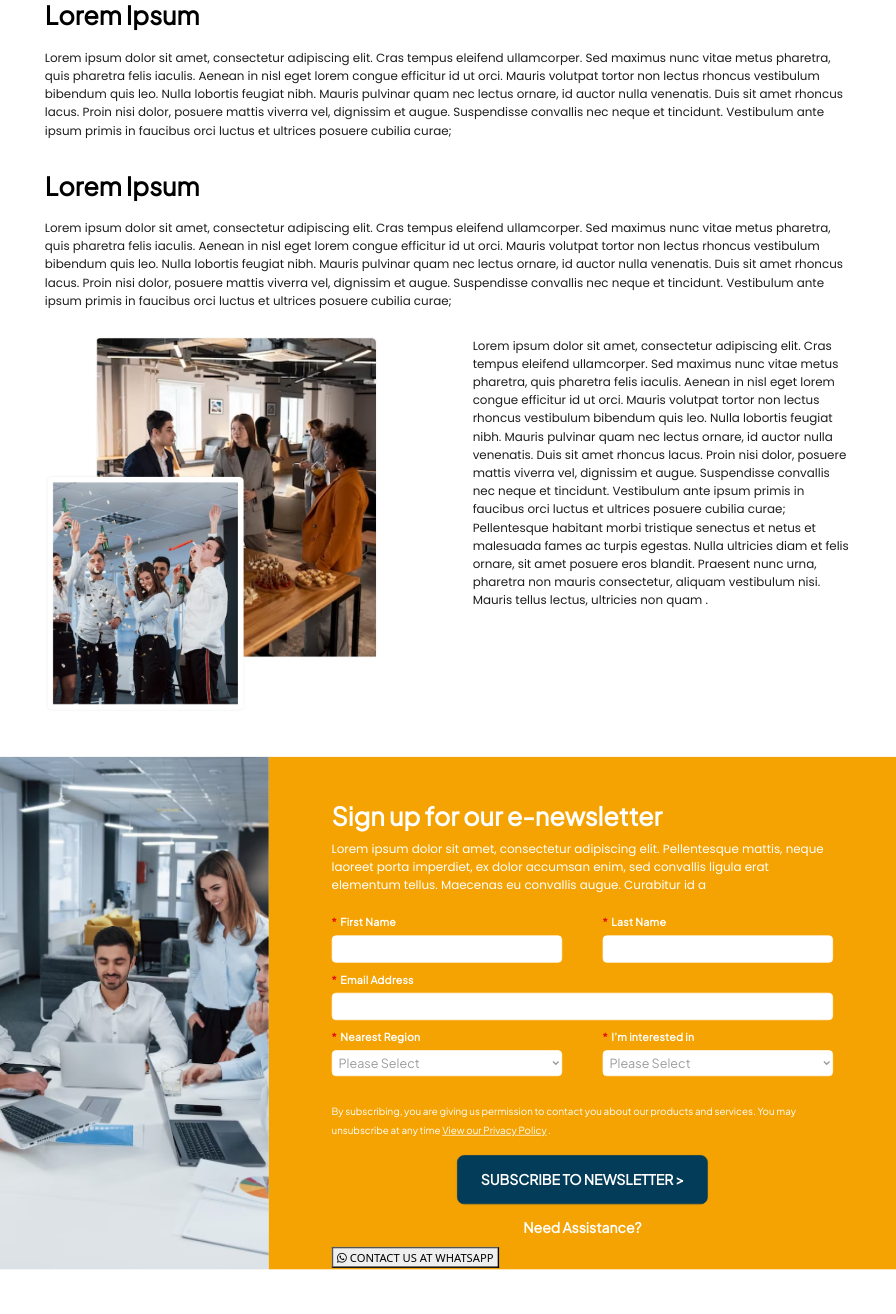
Repository: Akash8377/Hospitality-website
Page: /about-us
The author's editor kept a copy of each file at every save. The page is drawn from the files as they stood at one save, then again after a run of saves.
The browser window is 1280 px wide. The pictures show the part of the page from y = 726 to 2646 px (the page is 2603 px tall before and 2646 px after), at 70% of full size.
Some web libraries are served in a nearby version. The project was rebuilt for these pictures with package versions that can differ from the ones it lists, and the page was loaded fresh each time. Also part of the build but not shown: src/Component/Partial/heading-cont.js, src/Component/Shared/about-us.js, src/Component/Shared/Banner.js, src/Component/Shared/popular-jobs.js, src/Component/Sliders/ServiceSlider.js, src/Component/Sliders/ReviewSlider.js, src/Component/Partial/index-banner.js, src/Component/Partial/index-buisness-banner.js and 2 more.

Above is the page before, as saved 2023-07-07 12:21:30.

After the next 2 saves:
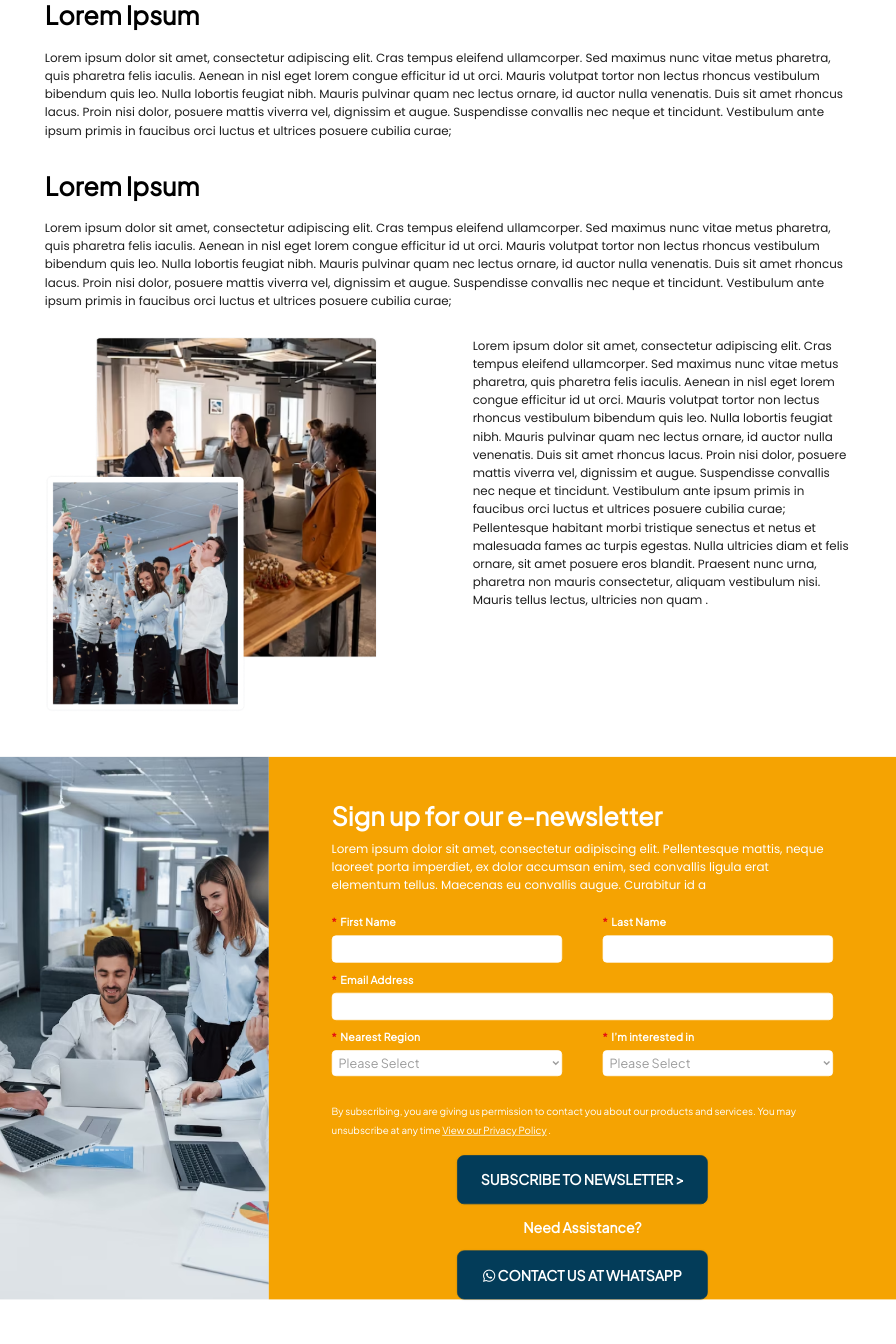
The 2 saves are shown as one change because they came seconds apart.
The last was saved 15 s later.
--- a/src/Css/Lap.css
+++ b/src/Css/Lap.css
@@ -929,3 +929,22 @@
   text-align: center;
   margin-top: 20px;
 }
+
+.About-Us_Newsletter .right .content .Whatsapp_Button {
+  border-radius: 10px;
+  background: #033c59;
+  box-shadow: 0px 0px 3px 0px rgba(60, 72, 88, 0.15);
+  width: 50%;
+  display: block;
+  margin: auto;
+  border: 1px solid #033c59;
+  color: #fff;
+  text-align: center;
+  font-family: Plus Jakarta Sans;
+  font-size: 20px;
+  font-style: normal;
+  font-weight: 700;
+  line-height: normal;
+  height: 70px;
+  margin-top: 3%;
+}
